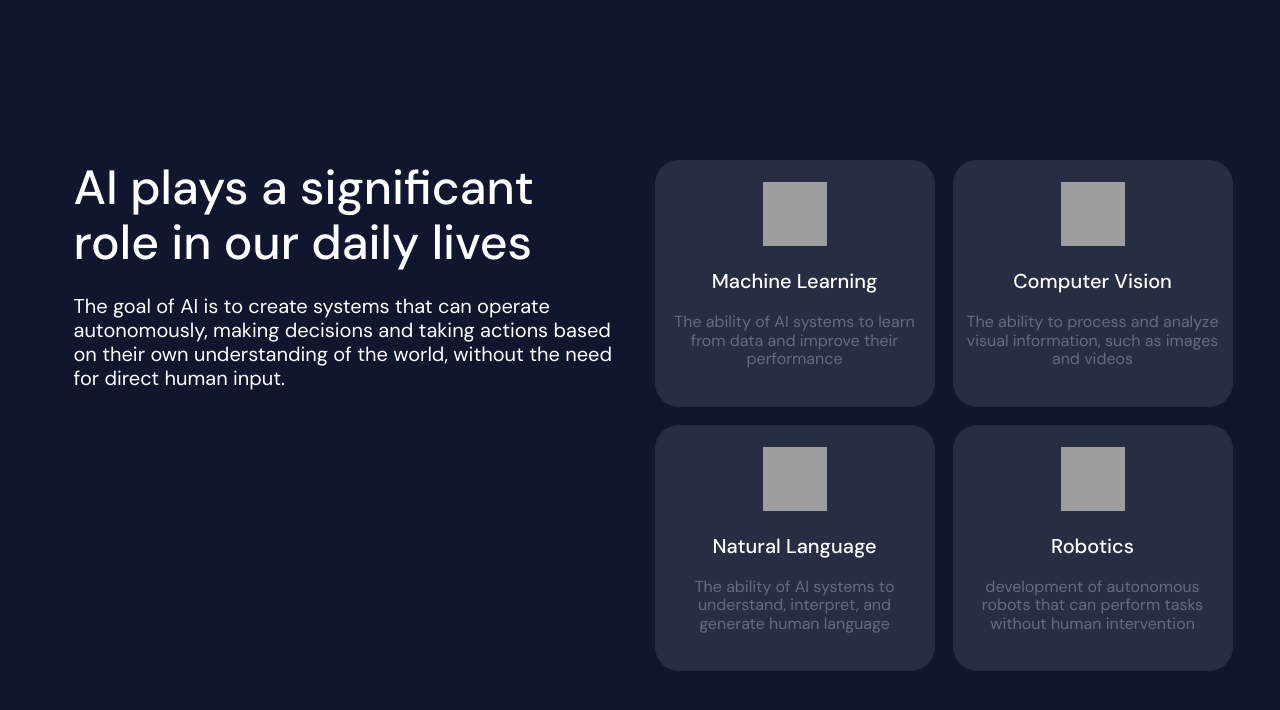
Repository: guli95/four-areas-of-AI-INVO-ACAdemy
Page: /
An editor plug-in stored every save of this project. The page is shown before and after a run of saves, followed by the edit.
The browser window is 1280 px wide. The pictures show the whole page.
Pictures or frames that could not be fetched are drawn as grey boxes. The project was rebuilt for these pictures with package versions that can differ from the ones it lists, and the page was loaded fresh each time.

Above is the page before, as saved 2023-03-13 15:33:55.

After the next 2 saves:
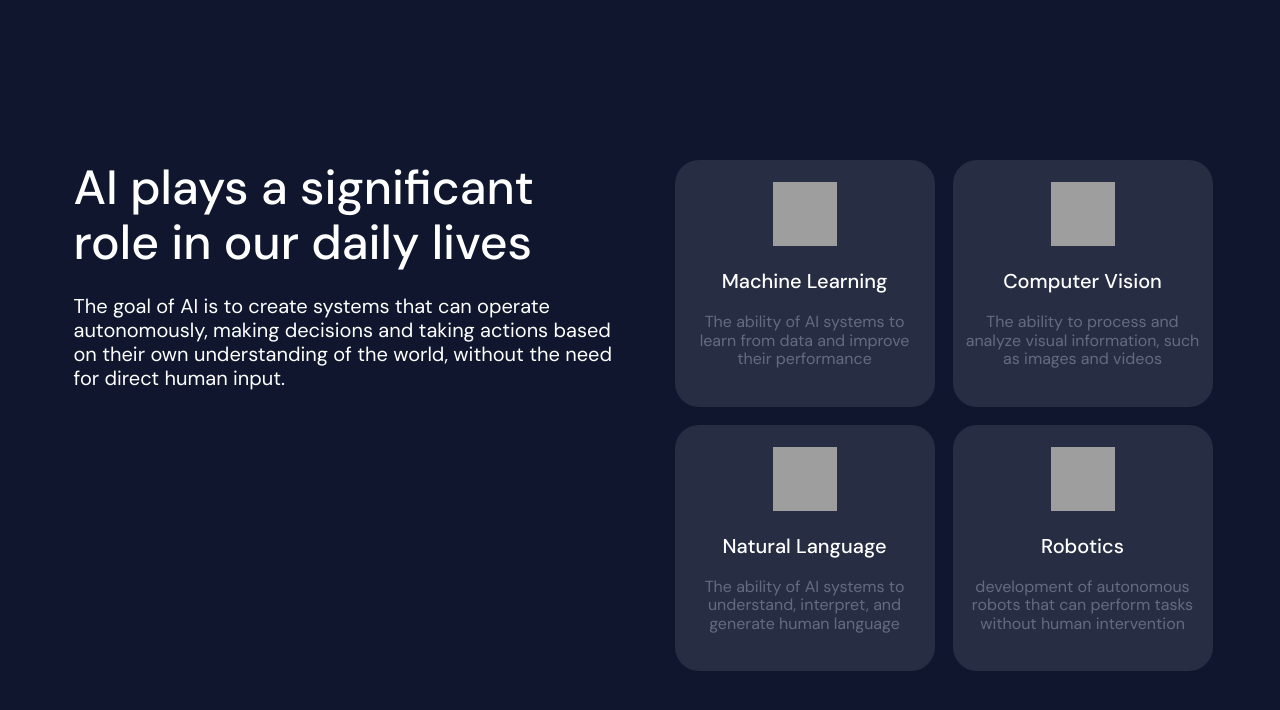
The 2 saves are shown as one change because they came seconds apart.
The last was saved 9 s later.
--- a/src/pages/home-page/styles/home-page.scss
+++ b/src/pages/home-page/styles/home-page.scss
@@ -72,7 +72,7 @@
             flex-direction: column;
             justify-content: space-evenly;
             align-items: center;
-            width: 260px;
+            width: 240px;
             padding: 22px 10px;
             background-color:var(--color-secondary-grey);
             text-align: center;
